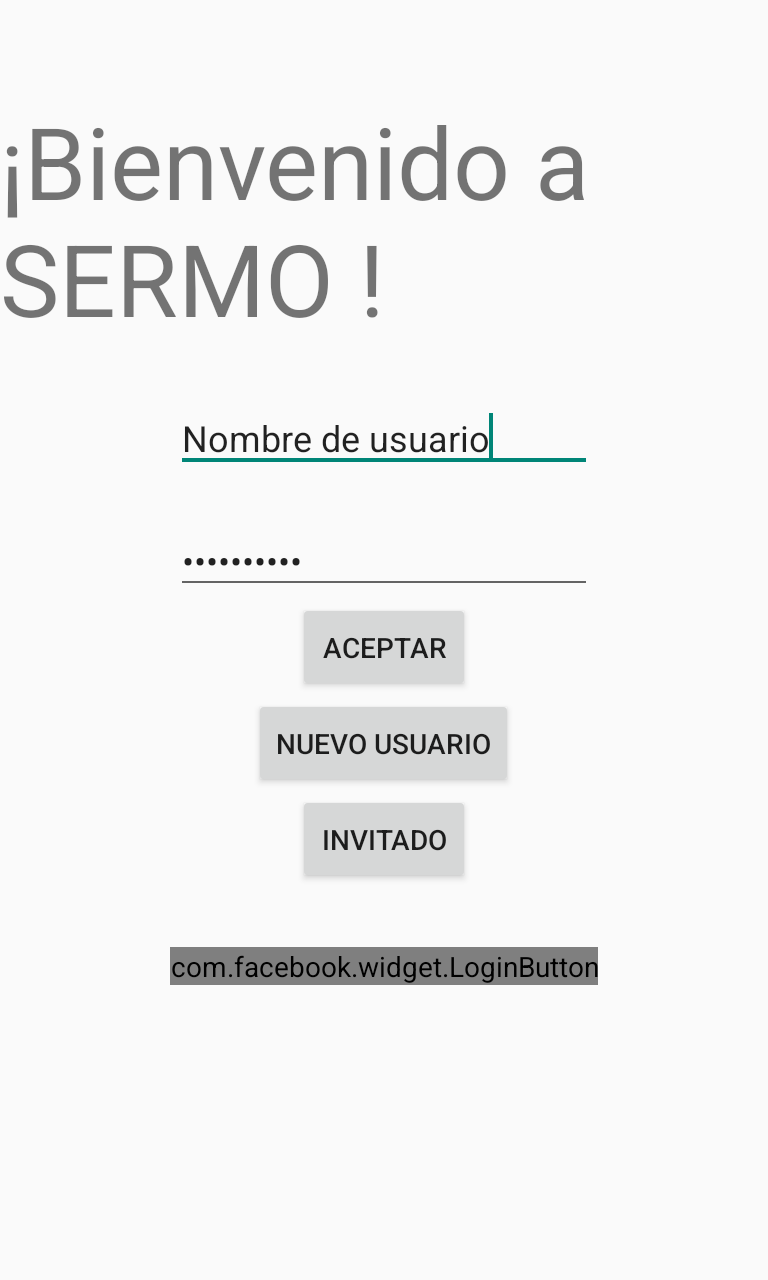
Repository: MVidi/juegos
Layout: SermoJuego/res/layout/pantallaprimera.xml
These files come from the project's save history. The layout is drawn as it stood at one moment and after the next save; the edit follows.
Pictures or frames that could not be fetched are drawn as grey boxes. It is drawn on a 768 x 1280 px phone screen (xhdpi) without system bars, with theme AppTheme; the app's code is not run.

Above is the layout before, as saved 2014-08-11 15:57:38.

### SermoJuego/res/layout/pantallaprimera.xml
<RelativeLayout xmlns:android="http://schemas.android.com/apk/res/android"
    xmlns:tools="http://schemas.android.com/tools"
    android:id="@+id/container"
    android:layout_width="match_parent"
    android:layout_height="match_parent"
    tools:context=".pantallaInicioActivity"
    tools:ignore="MergeRootFrame" >

    <TextView
        android:id="@+id/TituloPI"
        android:layout_width="wrap_content"
        android:layout_height="wrap_content"
        android:layout_alignParentTop="true"
        android:layout_centerHorizontal="true"
        android:layout_marginTop="47dp"
        android:text="@string/juego"
        android:textSize="50sp" />

    <EditText
        android:id="@+id/contrasenaPI"
        android:layout_width="wrap_content"
        android:layout_height="wrap_content"
        android:layout_centerHorizontal="true"
        android:layout_below="@+id/usuarioPI"
        android:layout_marginTop="20dp"
        android:ems="10"
        android:inputType="textPassword"
        android:onClick="clicarContrasena"
        android:text="@string/Contrasena" />

    <EditText
        android:id="@+id/usuarioPI"
        android:layout_width="wrap_content"
        android:layout_height="wrap_content"
        android:layout_below="@+id/TituloPI"
        android:layout_centerHorizontal="true"
        android:layout_marginTop="24dp"
        android:ems="10"
        android:inputType="textPersonName"
        android:onClick="clicarUsuario"
        android:text="@string/Usuario" >

        <requestFocus />
    </EditText>

    <Button
        android:id="@+id/aceptarPI"
        android:layout_width="wrap_content"
        android:layout_height="wrap_content"
        android:layout_centerHorizontal="true"
        android:layout_below="@+id/contrasenaPI"
        android:onClick="aceptarPulsado"
        android:text="@string/Aceptar" />

    <Button
        android:id="@+id/nuevoUsuarioPI"
        android:layout_width="wrap_content"
        android:layout_height="wrap_content"
        android:layout_below="@+id/aceptarPI"
        android:layout_centerHorizontal="true"
        android:text="@string/nuevoUsuario" />

    <Button
        android:id="@+id/invitadoPI"
        android:layout_width="wrap_content"
        android:layout_height="wrap_content"
  		android:layout_centerHorizontal="true"
        android:layout_below="@+id/nuevoUsuarioPI"
        android:text="@string/Invitado"
    	android:onClick="conectarMongo" />


    <com.facebook.widget.LoginButton
        android:id="@+id/authButton"
        android:layout_width="wrap_content"
        android:layout_height="wrap_content"
        android:layout_below="@+id/invitadoPI"
        android:layout_centerHorizontal="true"
        android:layout_marginTop="30dp"
        />

</RelativeLayout>

### SermoJuego/res/values/strings.xml
<?xml version="1.0" encoding="utf-8"?>
<resources>

    <string name="app_name">SERMO</string>
    <string name="hello_world">Hello world!</string>
    <string name="juego">¡Bienvenido a SERMO !</string>
    <string name="action_settings">Settings</string>
  	<string name="Usuario">Nombre de usuario</string>
  	<string name="Contrasena">Contraseña</string>
  	<string name="Aceptar">Aceptar</string>
  	<string name="Invitado">Invitado</string>
  	<string name="nuevoUsuario">Nuevo Usuario</string>
  	<string name="jugar">jugar</string>
  	<string name="amigos">Amigos</string>
  	<string name="configurar">Configuración</string>
  	<string name="tipopartida">Seleccione tipo de partida</string>
</resources>

Loaded but not shown: SermoJuego/res/values/styles.xml (common file); SermoJuego/res/values-v11/styles.xml (common file); SermoJuego/res/values-v14/styles.xml (common file)

After the next save:
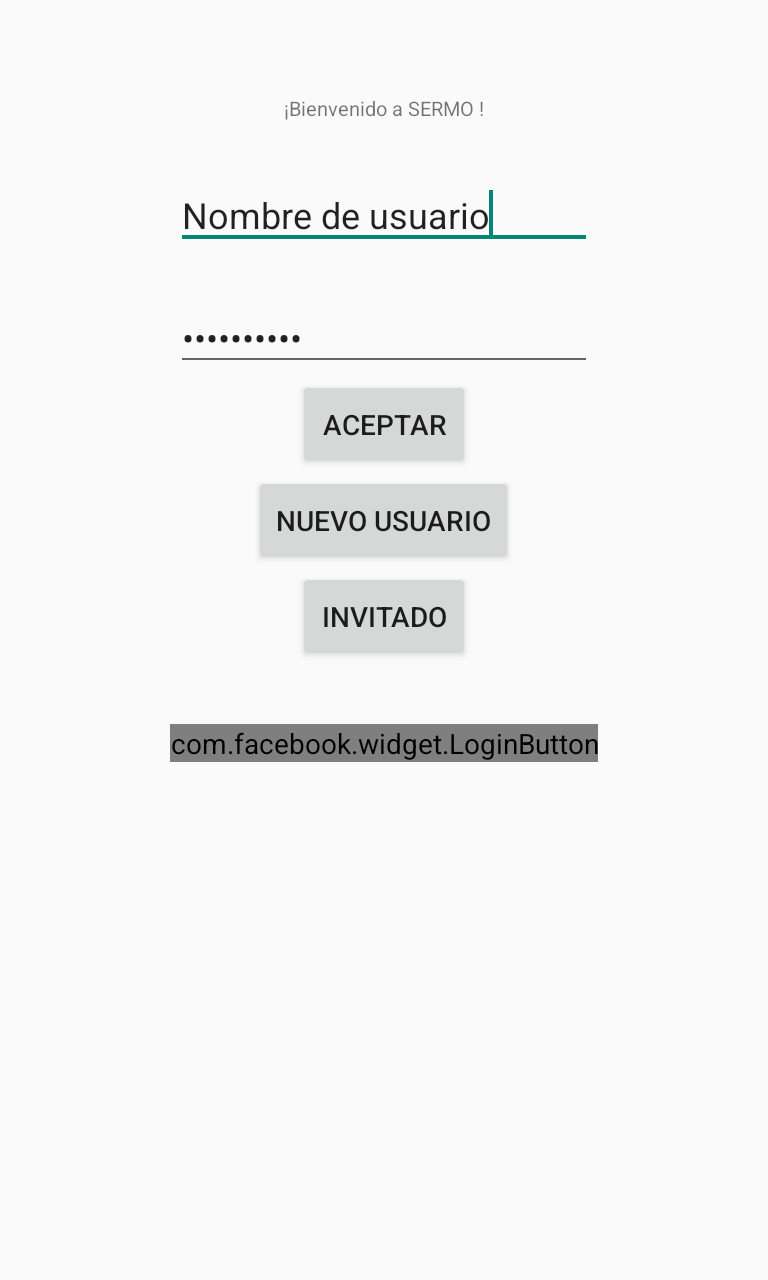
Saved 9 min 53 s later.
--- a/SermoJuego/res/layout/pantallaprimera.xml
+++ b/SermoJuego/res/layout/pantallaprimera.xml
@@ -14,7 +14,7 @@
         android:layout_centerHorizontal="true"
         android:layout_marginTop="47dp"
         android:text="@string/juego"
-        android:textSize="50sp" />
+        android:textSize="10sp" />
 
     <EditText
         android:id="@+id/contrasenaPI"
